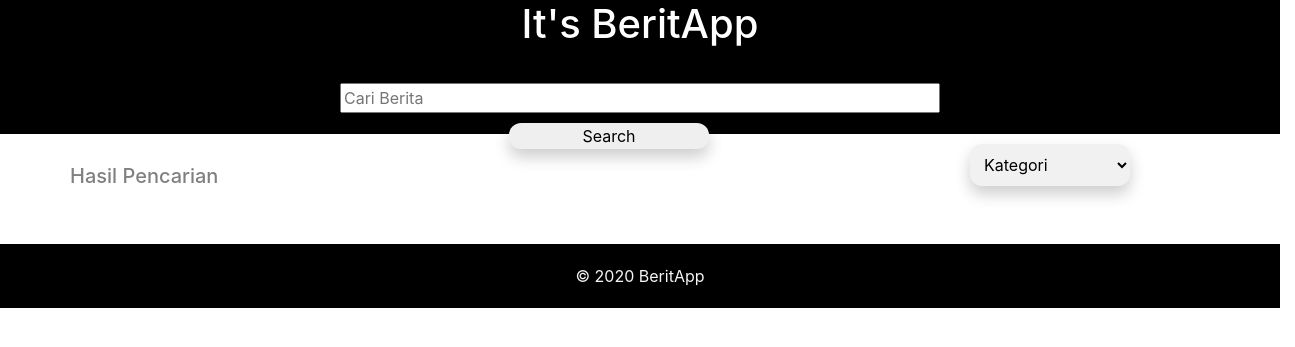
Repository: faalihnst/berita
Page: /
An editor plug-in stored every save of this project. The page is shown before and after the next save, followed by the edit.
The browser window is 1280 px wide. The page is 1295 px wide, so the pictures cover 1295 px, including what lies to the right of the window. The pictures show the whole page.
The project was rebuilt for these pictures with package versions that can differ from the ones it lists, and the page was loaded fresh each time.

Above is the page before, as saved 2020-06-05 07:36:33.

### src/App.js
import React from 'react';
import './assets/style.css';

import 'bootstrap/dist/css/bootstrap.min.css';
// import { MDBCol, MDBFormInline, MDBIcon } from "mdbreact";

import { BrowserRouter as Router, Route } from "react-router-dom";

import Homepage from "./pages/homepage";
// import Login from "./Pages/login";
// import Skripsi from "./Pages/skripsi";

function App() {

  return (
    <div className="App">
      <Router>
        <Route exact path="/" component={Homepage}></Route>
        {/* <Route exact path="/Login" component={Login}></Route>
        <Route exact path="/Skripsi" component={Skripsi}></Route> */}
      </Router>
    </div>
  );
}

export default App;

### src/assets/style.css
.WebContainer{
  width: 100%;
  height: auto;
}

.container1{
  overflow: hidden;
}

body {
  margin: 0;
  font-family: Roboto, Helvetica, sans-serif;
}

.dropdown{
  align-items: center;
}

  /* Increase the font size of the heading */
.header h1 {
  font-size: 40px;
  color: white;
}

.judul{
  font-weight: bold;
}

.col-md-10{
  margin-left: 80px;
  margin-top: 10px;
  padding: 10px;
  border-bottom: 1.5pt solid #E4DFDA;
}

.col-md-5{
  padding: 5px;
  margin-top: 10px;
  margin-left: 1px;
}

.col-md-2{
  padding: 5px;
  margin-top: 10px;
  margin-left: 15px;
}

.result{
  color: grey;
}

.content{
  margin-top: 100px;
}

h5{
  padding: 20px;
  margin-left: 40px;
}

footer{
  background-color: black;
  color: whitesmoke;
  padding: 20px;
  margin-top: 110px;
  text-align: center;
  bottom: 0;
  left: 0;
  width: 100%;
}

form{
  margin-top: 20px;
  transform: translateY(15px);
}

input#titleBar{
  width: 600px;
}

input#nameBar{
  width: 300px;
  margin-left: 255px;
  margin-right: 0px;
}

input#npmBar{
  width: 250px;
  margin-right: 220px;
}

.row{
  margin-top: 10px;
}

.header{
  text-align: center;
  background-color: black;
  align-content: center;
}

.button#search{
  margin-top: 0%;
  margin-left: 40%;
  width: 200px;
  border-radius: 12px;
  border: none;
  box-shadow: 0px 8px 16px 0px rgba(0,0,0,0.2);
  z-index: 1;
}

.grid-container{
  grid-template-columns: auto auto;
}

.column-left{
  float: left;
  width: 25%;
  padding: 10px;
}

.then-right:after{
  display: table;
  clear: both;
}

/*dropdown*/
.dropbtn {
  background-color: #f1f1f1;
  color: black;
  padding: 10px;
  font-size: 16px;
  border: none;
  min-width:160px;
  border-radius: 12px;
  box-shadow: 0px 8px 16px 0px rgba(0,0,0,0.2);
  z-index: 1;
}

.dropdown {
  position: relative;
  display: inline-block;
}

.dropdown-content {
  display: none;
  position: absolute;
  background-color: #f1f1f1;
  min-width: 100px;
  box-shadow: 0px 8px 16px 0px rgba(0,0,0,0.2);
  z-index: 1;
  border-radius: 12px;
  color: black;
  border: none;
}

.dropdown-content option {
  color: black;
  padding: 8px 10px;
  text-decoration: none;
  display: block;
}

/*.dropdown-content a:hover {
  background-color: rgb(38, 38, 63);
  border-radius: 12px;
  color: white;
}*/

.button#search:hover{
  background-color: rgb(38, 38, 63);
  border-radius: 12px;
  color: white;
}
.dropdown:hover .dropdown-content {display: block;}

.dropdown:hover .dropbtn {
  background-color: rgb(38, 38, 63);
  border-radius: 12px;
  color: white;
}
/* css login
.container#login{
  height:480px;
  margin-top: 40px;
  margin-bottom: 50px;
  background-color:#1abc9c;
  justify-content: space-between;
  flex-direction: column;
  display: flex;
}

img{
  width: 577;
  height: 433;
  margin-top: 80px;
  margin-left: -200px;
}

.welcome{
  transform: rotate(-90deg);
  margin-left: -250px;
  color: white;
}

.btn-login{
  justify-content: flex-end;
  display: flex;
  margin-bottom: 25px;
  margin-top: 30px;
  font-size: 24px;
  background-color: blue;
  color: white;

}

.form-word{
  margin-left: 0px;
  margin-top: -90px;
  font-size: 25px;
  color: white;
}

.form-group{
  margin-top: 120px;
  width: 100px;
}

 css skripsi

.col-md-8#title{
  margin-top: 30px;
  padding: 15px;
}

.btn-holder {
  justify-content: flex-end;
  display: flex;
  margin-right: 50px;
  margin-bottom: 50px;
}

p#judul{
  font-weight: bold;;
  margin-left: 15px;
  font-size: 18pt;
  color: white;
}

article#abstrak{
  margin-top: 15px;
  padding: 3px;
  font-style: italic;
}

.imgSkripsi{
  width: 300px;
  height: 400px;
  margin-top: 35px;
  margin-left: 10px;
}*/

### src/pages/homepage.js
import React, { useState } from "react";

import axios from "axios";
import qs from "qs";

export default function Homepage() {
  //aciganti
  const [value, setValue] = useState({
    news: [],
    title: "",
    date: "",
    link: "",
    category: "",
    author: "",
    abstract: "",
  });

  const getData = async () => {
    const BASE_URL = "http://localhost:3030/berita-app/query";

    const headers = {
      Accept: "application/sparql-results+json,*/*;q=0.9",
      "Content-Type": "application/x-www-form-urlencoded; charset=UTF-8",
    };

    const queryData = {
      query: `PREFIX news:<http://example.co.id/ns/newsdata>
            SELECT DISTINCT ?title ?date ?link ?category ?abstract ?author
            WHERE {
            ?news news:title ?title.
            ?news news:date ?date.
            ?news news:link ?link.
            ?news news:writtenby ?author.
			    	?news news:abstract ?abstract.
            ?news news:category ?category;
            FILTER contains(lcase(str(?category)), lcase(str("${value.category}")))
            FILTER contains(lcase(str(?title)), lcase(str("${value.title}")))
    }`,
    };

    try {
      const { data } = await axios(BASE_URL, {
        method: "POST",
        headers,
        data: qs.stringify(queryData),
      });
      console.log(data);

      // Convert Data
      const formatted_data = data.results.bindings.map((news, index) =>
        formatter(news, index)
      );
      console.log(formatted_data);

      setValue({
        ...value,
        news: formatted_data,
      });
    } catch (err) {
      console.error(err);
    }
  };

  const formatter = (news, index) => {
    return {
      id: index,
      title: news.title.value,
      date: news.date.value,
      link: news.link.value,
      category: news.category.value,
      author: news.author.value,
      abstract: news.abstract.value,
    };
  };

  const titleHandler = (event) => {
    setValue({
      ...value,
      title: event.target.value,
    });
  };

  const categoryHandler = (event) => {
    //handleChangeDate
    setValue({
      ...value,
      category: event.target.value,
    });
  };

  const content = value.news.map((news) => (
    <div className="container">
      <div key={news.id}>
        <div className="col-md-10">
          <div className="title">
            <a href={`${news.link}`}>{news.title}</a>
          </div>
          <div class="row">
            <div class="col-md-3">{news.category}</div>
            <div class="col-md-3">{news.date}</div>
            <div class="col-md-3">{news.author}</div>
          </div>
        </div>
      </div>
    </div>
  ));
  // Layout
  return (
    <body>
      <div className="header">
        <h1>It's BeritApp</h1>

        {/* Search Form  */}
        <form>
          <div className="container">
            <div className="row">
              <div className="col">
                <input
                  setValue={value.title}
                  placeholder="Cari Berita"
                  type="text"
                  id="titleBar"
                  onChange={titleHandler}
                />
              </div>
            </div>
          </div>
          <div className="row">
            <input
              type="button"
              className="button"
              id="search"
              value="Search"
              onClick={getData}
            />
          </div>
        </form>
      </div>

      {/* Hasil Pencarian */}
      <div class="result">
        <div class="then-right">
          <div class="column-left">
            <h5>Hasil Pencarian</h5>
          </div>
          <div class="column-left"></div>
          <div class="column-left"></div>
          <div class="column-left">
            <div class="dropdown">
              <select
                setValue={value.category}
                className="dropbtn"
                id="category"
                onChange={categoryHandler}
              >
                <option value="">Kategori</option>
                <option value="Kesehatan">Kesehatan</option>
                <option value="Teknologi">Teknologi</option>
                <option value="Sains">Sains</option>
                <option value="Olahraga">Olahraga</option>
                <option value="Otomotif">Ootomotif</option>
                <option value="Ekonomi">Ekonomi</option>
                <option value="Properti">Properti</option>
                <option value="Travel">Travel</option>
                <option value="Politik">Politik</option>
              </select>
            </div>
          </div>
        </div>
      </div>
      <div className="content col-xs-1 text-center">{content}</div>
      {/* Footer */}
      <footer>
        <div className="footer-copyright">&copy; 2020 BeritApp</div>
      </footer>
    </body>
  );
}

Loaded but not shown: public/index.html (common file); src/index.js (common file); src/index.css (common file); src/serviceWorker.js (common file)

After the next save:
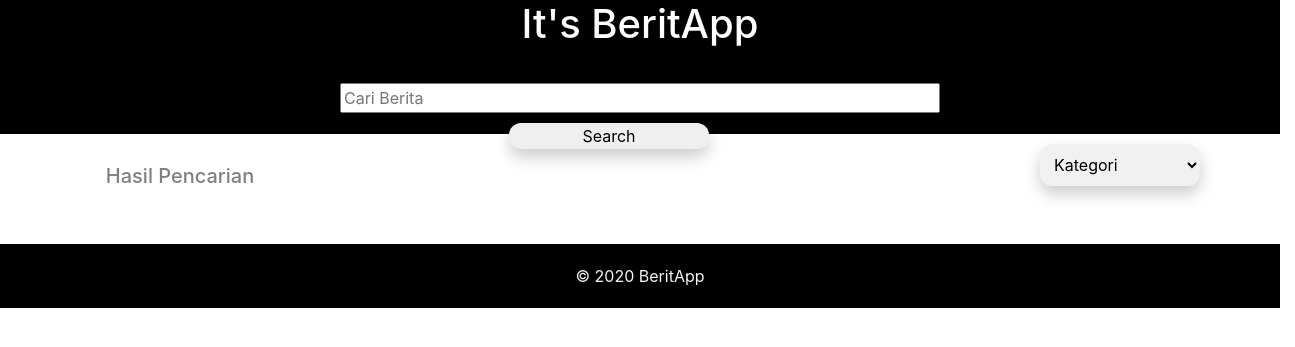
Saved 77 s later.
--- a/src/pages/homepage.js
+++ b/src/pages/homepage.js
@@ -138,7 +138,7 @@ export default function Homepage() {
       </div>
 
       {/* Hasil Pencarian */}
-      <div class="result">
+      <div class="result col-xs-1 text-center">
         <div class="then-right">
           <div class="column-left">
             <h5>Hasil Pencarian</h5>
